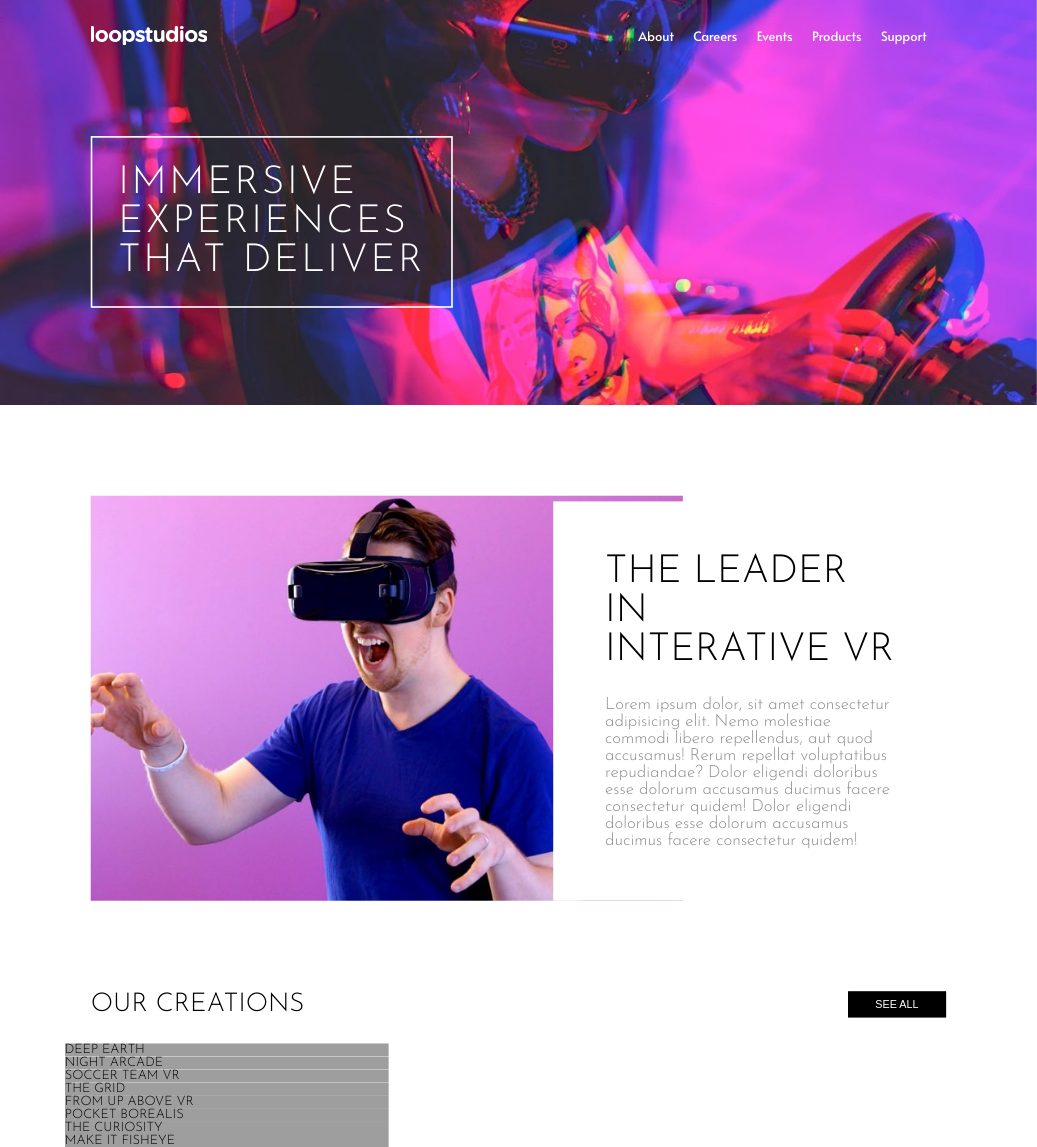
Repository: gligor99/loopstudios-fm
Page: /
An editor plug-in stored every save of this project. The page is shown before and after the next save, followed by the edit.
The browser window is 1280 px wide. The pictures show the whole page, at 81% of full size.
Pictures or frames that could not be fetched are drawn as grey boxes. Backgrounds fixed to the window are drawn as part of the page. The project was rebuilt for these pictures with package versions that can differ from the ones it lists, and the page was loaded fresh each time.

Above is the page before, as saved 2021-11-28 17:11:03.

After the next save:
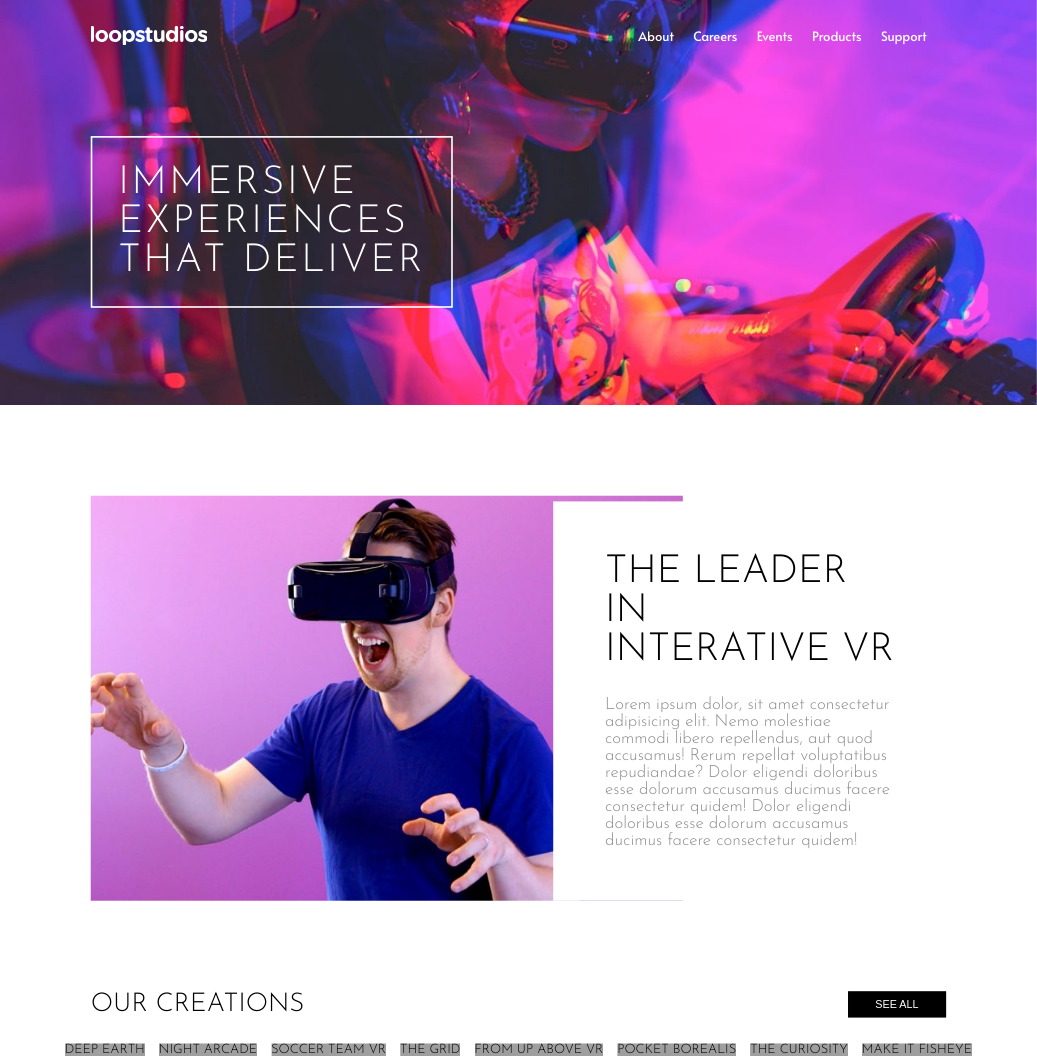
Saved 39 s later.
--- a/src/components/Card/Card.jsx
+++ b/src/components/Card/Card.jsx
@@ -7,8 +7,6 @@ const Card = ({ item }) => {
       style={{
         backgroundImage: `url(${item.img})`,
         backgroundRepeat: "no-repeat",
-        height: "100%",
-        width: "100%",
       }}
     >
       <h4 className="card-title">{item.title}</h4>
